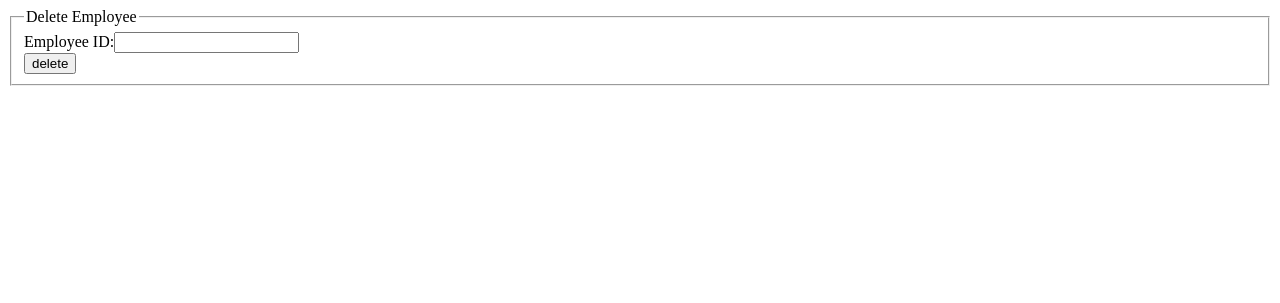
Repository: anishhegde14/TY_CG_HTD_BangaloreNovember_JFS_ANISHHEGDE
Page: ServletsandSprings/mywebapp/src/main/webapp/AddEmployee.html
An editor plug-in stored every save of this project. The page is shown before and after the next save, followed by the edit.
The browser window is 1280 px wide. The pictures show the whole page.

Above is the page before, as saved 2019-12-17 07:56:22.

### ServletsandSprings/mywebapp/src/main/webapp/AddEmployee.html
<!DOCTYPE html>
<html>
<head>
<meta charset="ISO-8859-1">
<title>Add Employee</title>
</head>
<body>
<fieldset>
<legend>Delete Employee</legend>
<form action="./deleteemployee" method="get">
Employee ID:<input type="number" name="empid" required><br>
<input type="submit" value="delete">

</form>


</fieldset>
</body>
</html>

After the next save:
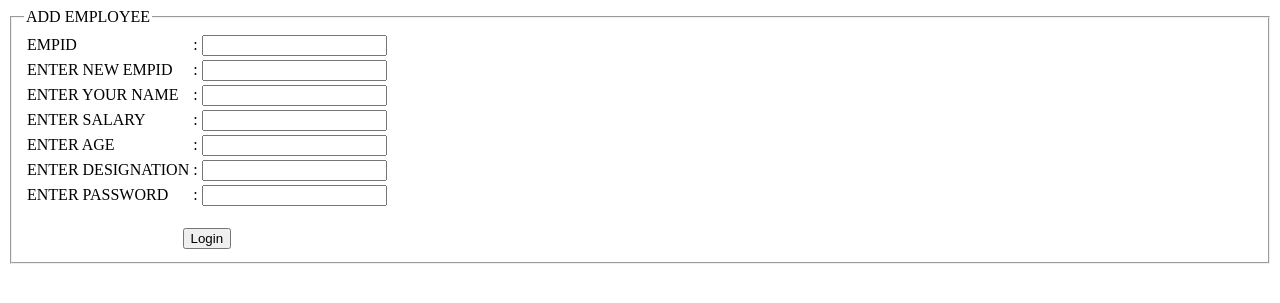
Saved 5 min 9 s later.
--- a/ServletsandSprings/mywebapp/src/main/webapp/AddEmployee.html
+++ b/ServletsandSprings/mywebapp/src/main/webapp/AddEmployee.html
@@ -2,18 +2,65 @@
 <html>
 <head>
 <meta charset="ISO-8859-1">
-<title>Add Employee</title>
+<title>ADD EMPLOYEE</title>
 </head>
 <body>
-<fieldset>
-<legend>Delete Employee</legend>
-<form action="./deleteemployee" method="get">
-Employee ID:<input type="number" name="empid" required><br>
-<input type="submit" value="delete">
+	<fieldset>
 
-</form>
+		<legend>ADD EMPLOYEE</legend>
+		<form action="./login" method="post">
+			<table>
+				<tr>
 
+					<td>EMPID</td>
+					<td>:</td>
+					<td><input type="number" name="empid" required></td>
+				</tr>
+				<tr>
 
-</fieldset>
+					<td>ENTER NEW EMPID</td>
+					<td>:</td>
+					<td><input type="number" name="empid" required></td>
+				</tr>
+				<tr>
+
+					<td>ENTER YOUR NAME</td>
+					<td>:</td>
+					<td><input type="text" name="name" required></td>
+				</tr>
+				<tr>
+
+					<td>ENTER SALARY</td>
+					<td>:</td>
+					<td><input type="number" name="salary" required></td>
+				</tr>
+				<tr>
+
+					<td>ENTER AGE</td>
+					<td>:</td>
+					<td><input type="number" name="age" required></td>
+				</tr>
+				<tr>
+
+					<td>ENTER DESIGNATION</td>
+					<td>:</td>
+					<td><input type="text" name="designation" required></td>
+				</tr>
+								<tr>
+				<td>ENTER PASSWORD</td>
+				<td>:</td>
+				<td> <input type="password" name="password" required></td>
+				</tr>
+
+				<tr>
+
+					<td colspan="3" align="center"><br> <input type="submit"
+						value="Login"></td>
+				</tr>
+			</table>
+
+		</form>
+
+	</fieldset>
 </body>
 </html>
